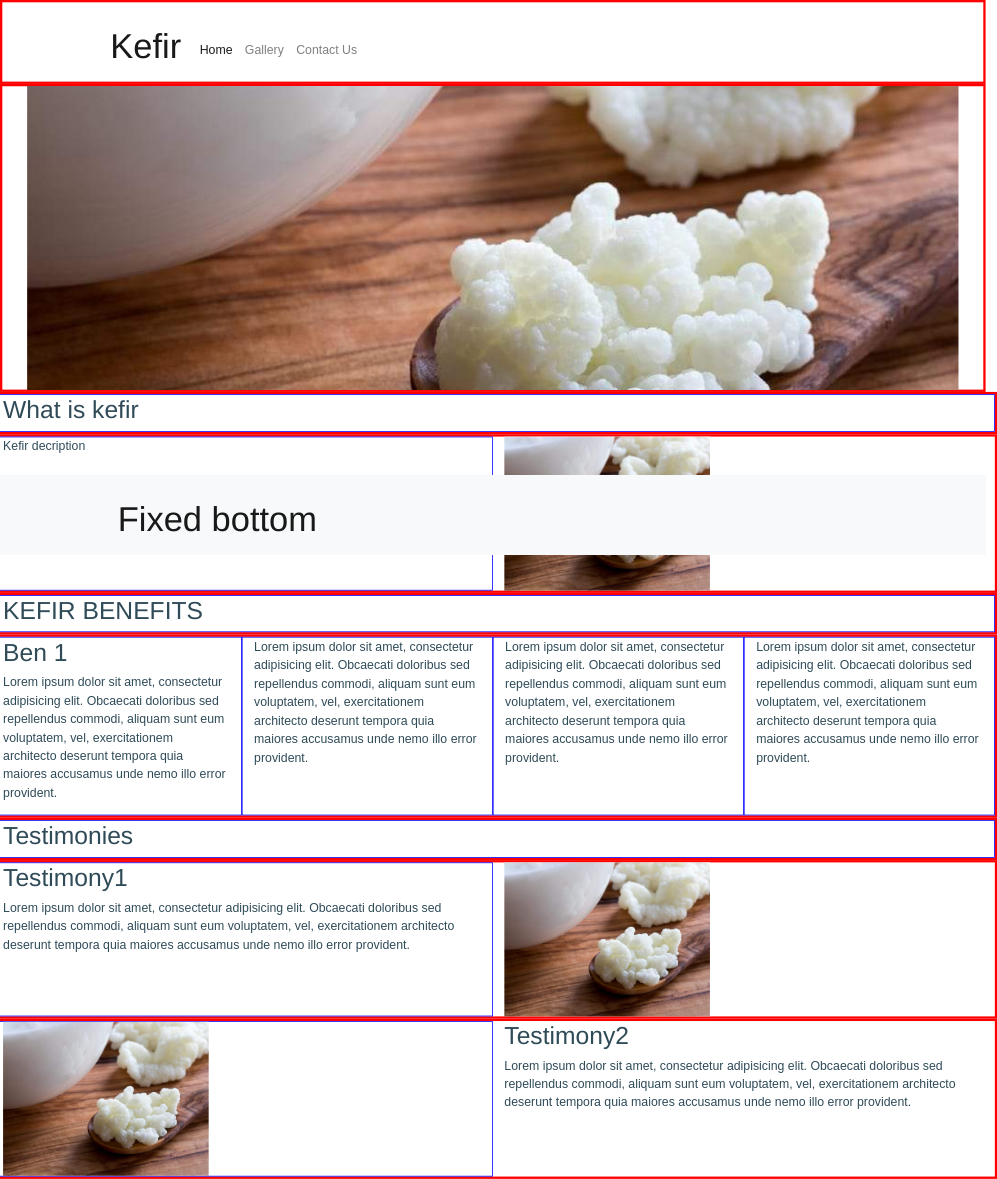
Repository: andna5980/kefir-web
Page: src/index.html
The author's editor kept a copy of each file at every save. The page is drawn from the files as they stood at one save, then again after the next save.
The browser window is 1280 px wide. The page is 1295 px wide, so the pictures cover 1295 px, including what lies to the right of the window. The pictures show the whole page, at 77% of full size.
Some web fonts or font styles are not loaded; a fallback is used. Some web libraries are served in a nearby version.

Above is the page before, as saved 2021-02-28 13:11:00.

After the next save:
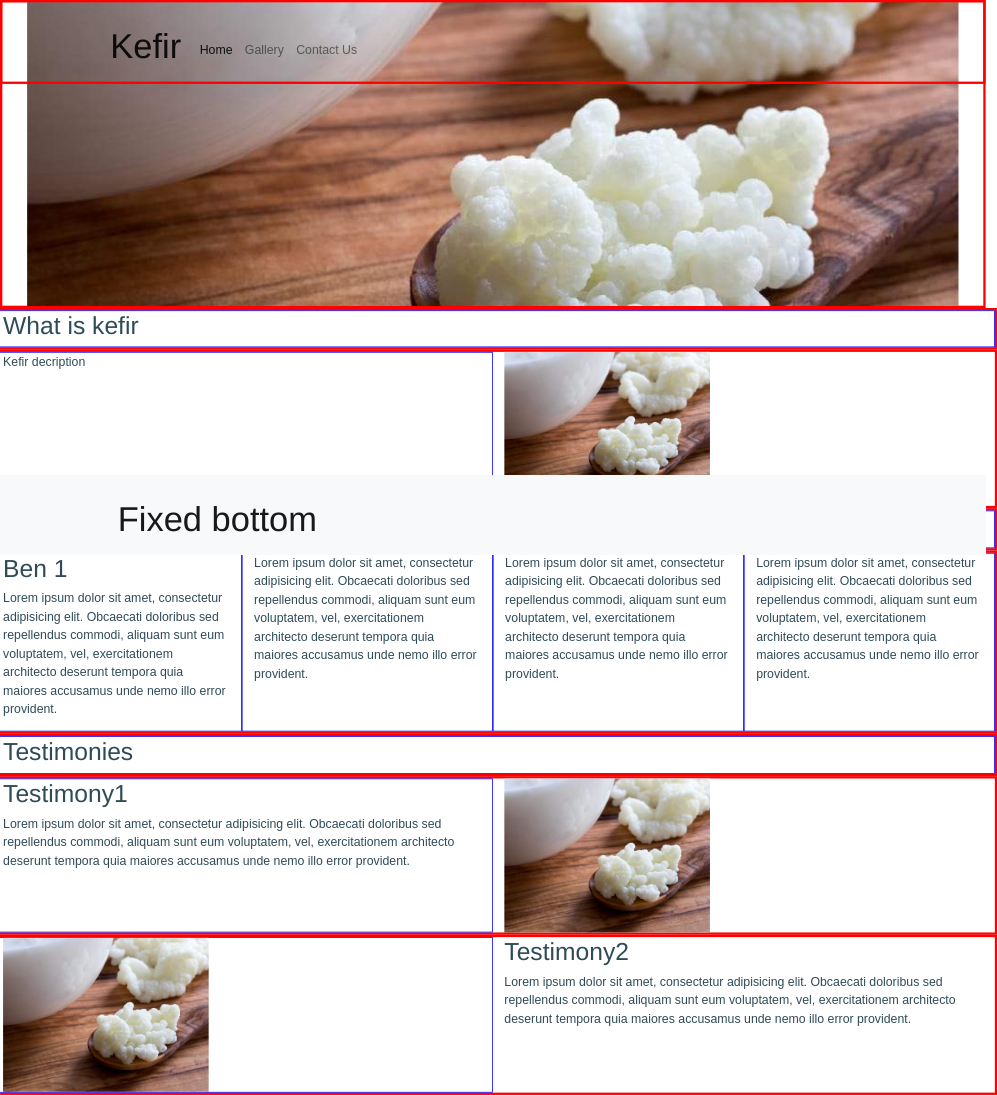
Saved 55 s later.
--- a/src/index.html
+++ b/src/index.html
@@ -19,7 +19,7 @@
 <body>
   <!--------------------Main-Header-------------------------------------->
   <header>
-    <nav class="test-red navbar navbar-expand-md navbar-light">
+    <nav class="test-red fixed-top navbar navbar-expand-md navbar-light">
       <a class="navbar-brand" href="#">Kefir</a>
       <button class="navbar-toggler" type="button" data-toggle="collapse" data-target="#navbarNav"
         aria-controls="navbarNav" aria-expanded="false" aria-label="Toggle navigation">
